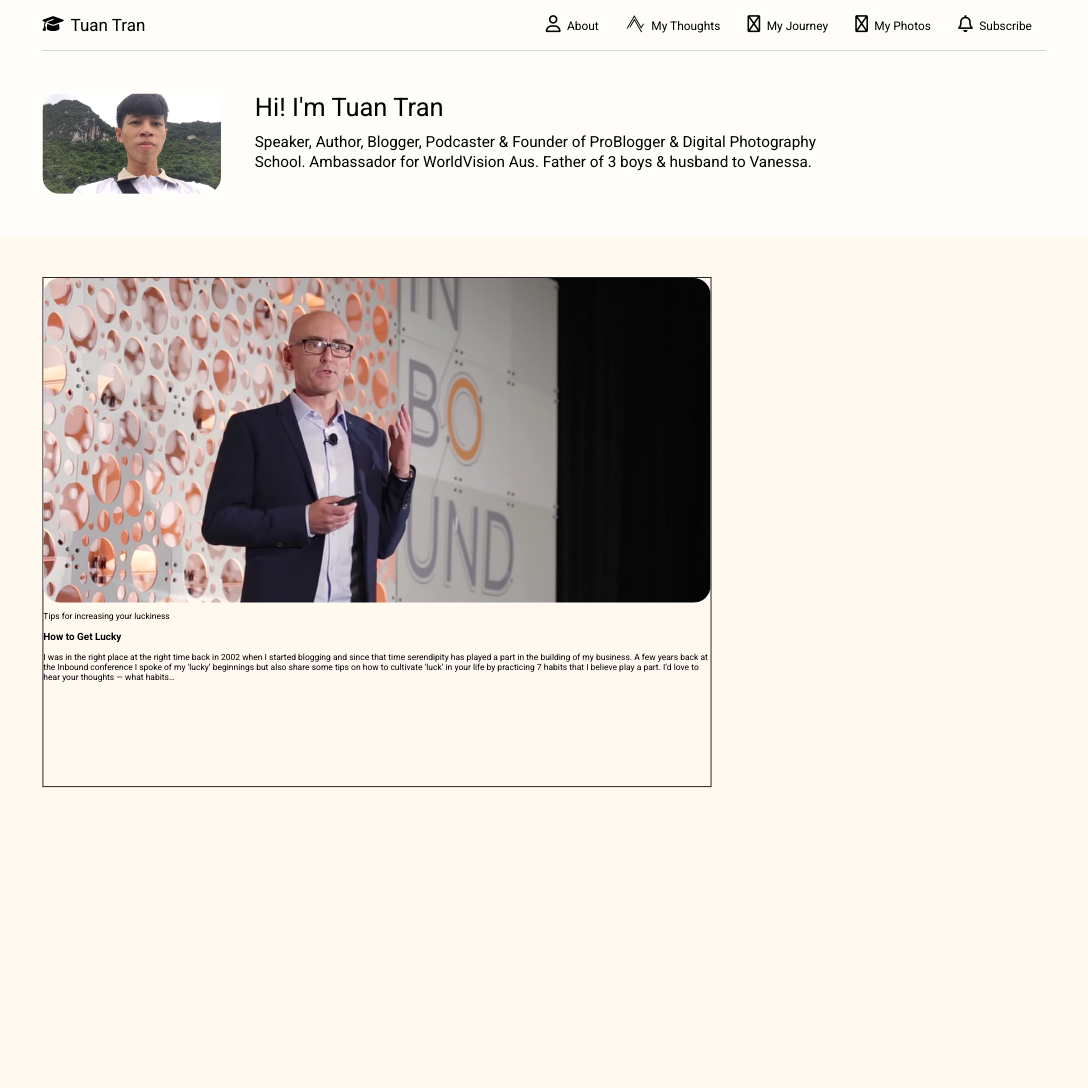
Repository: TranDinhTuann/Blog-Demo
Page: index.html
These files come from the project's save history. The page is drawn as it stood at one moment and after the next save; the edit follows.
The browser window is 1280 px wide. The pictures show the whole page, at 85% of full size.

Above is the page before, as saved 2023-03-22 20:22:51.

After the next save:
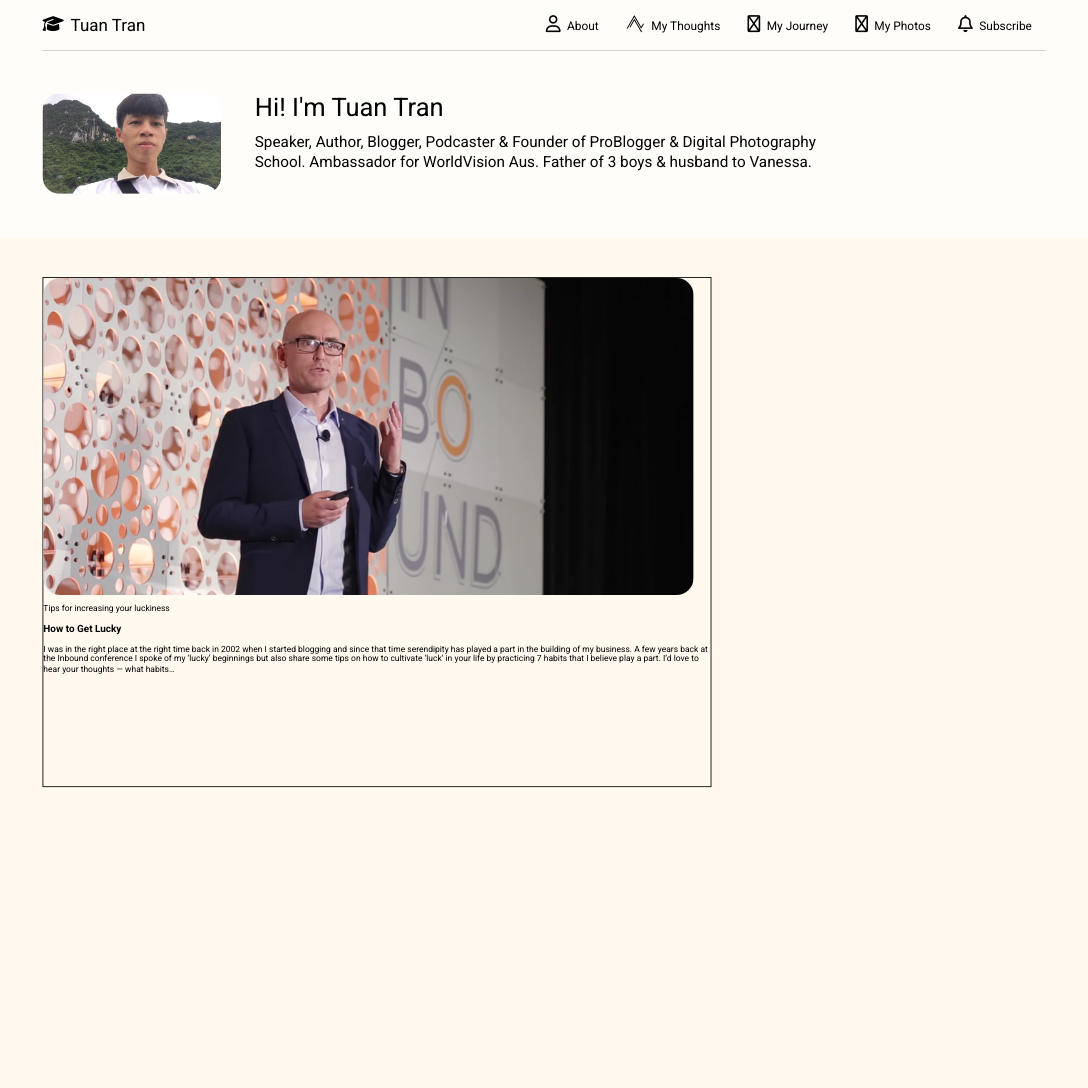
Saved 42 s later.
--- a/index.html
+++ b/index.html
@@ -69,7 +69,9 @@
             <div class="grid1">
                 <div class="content">
                     <div class="columns">
-                        <img class="img-human" src="./assets/img/slider/human1.png" alt="">
+                        <div class="img-human">
+                            <img src="./assets/img/slider/human1.png" alt="">
+                        </div>
                         <p class="des">Tips for increasing your luckiness</p>
                         <h3 class="heading">How to Get Lucky</h3>
                         <div class="sub-heading">I was in the right place at the right time back in 2002 when I started blogging and since that time serendipity has played a part in the building of my business. A few years back at the Inbound conference I spoke of my ‘lucky’ beginnings but also share some tips on how to cultivate ‘luck’ in your life by practicing 7 habits that I believe play a part. I’d love to hear your thoughts — what habits…</div>
